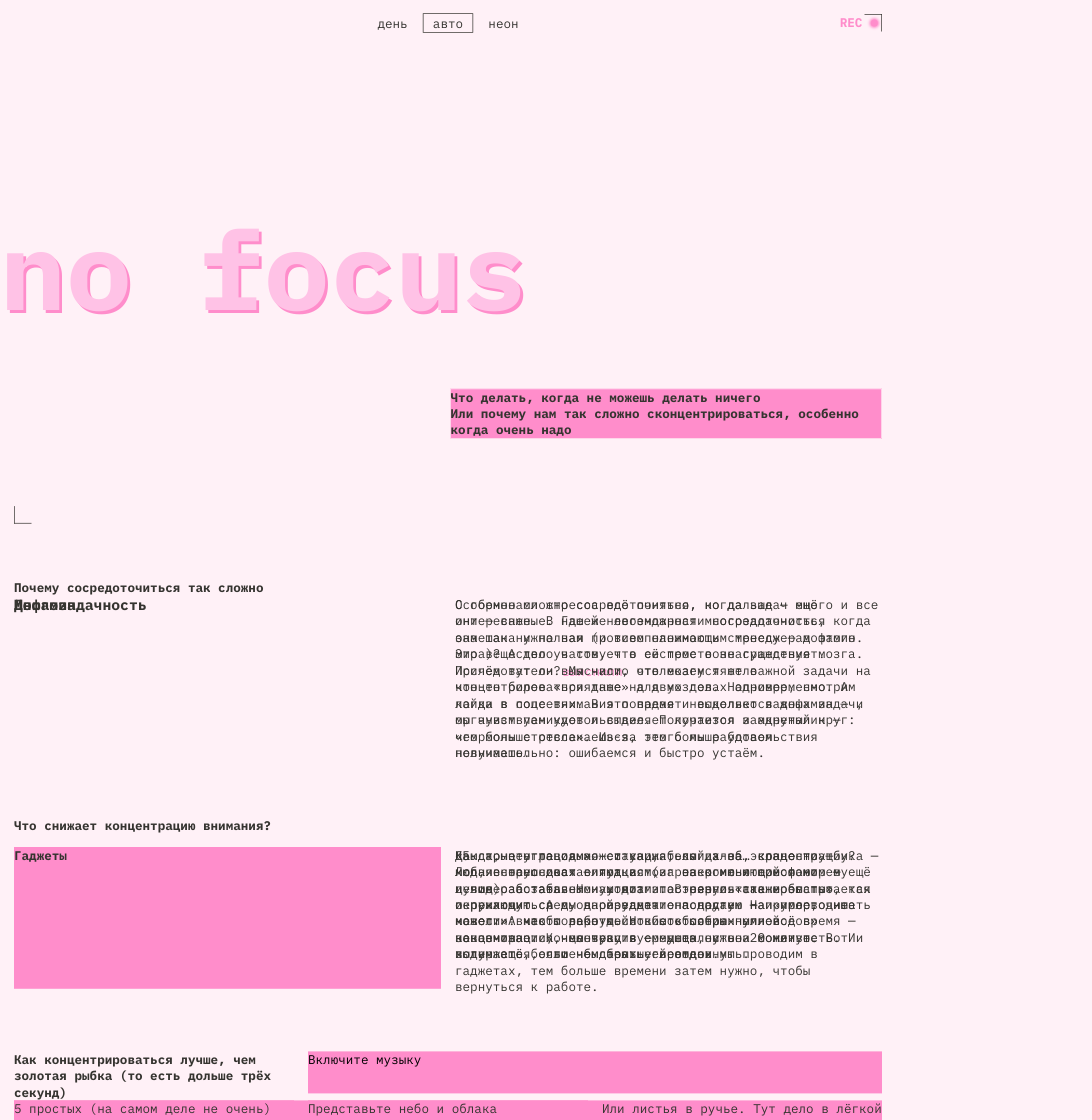
Repository: NikWolf75/slozhno-sosredotochitsya-fd
Page: index.html
These files come from the project's save history. The page is drawn as it stood at one moment and after a run of saves; the edit follows.
The browser window is 1280 px wide. The page is 1560 px wide, so the pictures cover 1560 px, including what lies to the right of the window. The pictures show the part of the page from y = 0 to 1600 px (the page is 7191 px tall), at 70% of full size.

Above is the page before, as saved 2025-02-27 23:17:45.

After the next 2 saves:
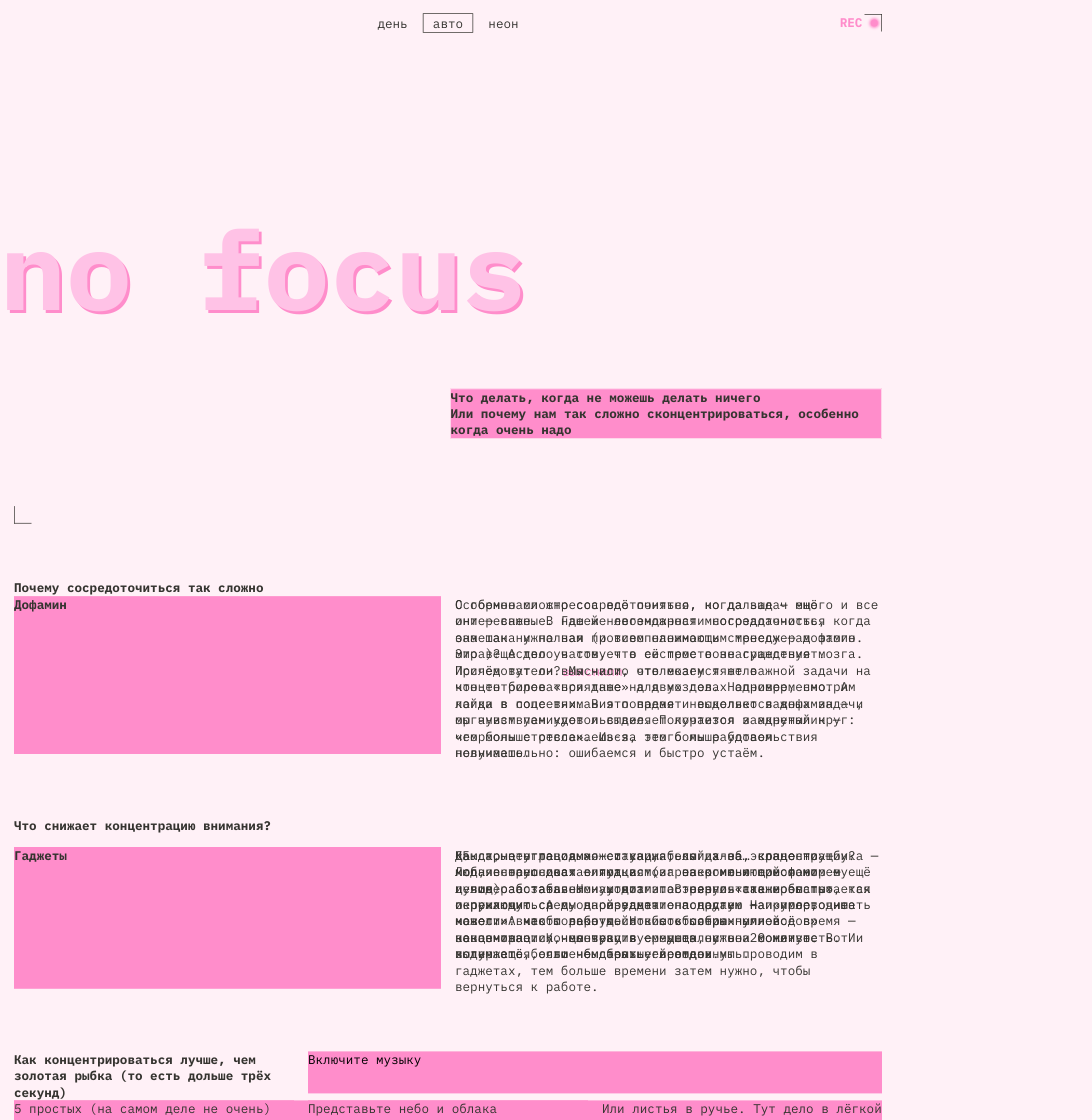
The 2 saves are shown as one change because they came seconds apart.
The last was saved 22 s later.
--- a/index.html
+++ b/index.html
@@ -58,7 +58,7 @@
       <section class="content__section">
         <h2 class="question_text">Почему сосредоточиться так сложно</h2>
         <article class="answer">
-          <h3 class=".content__answer-short">Многозадачность</h3>
+          <h3 class="content__answer-short">Многозадачность</h3>
           <p class="answer_large">
             Особенно сложно сосредоточиться, когда задач много и все они —
             важные. Где же легендарная многозадачность, когда она так нужна вам
@@ -72,7 +72,7 @@
           </p>
         </article>
         <article class="answer">
-          <h3 class=".content__answer-short">Дофамин</h3>
+          <h3 class="content__answer-short">Дофамин</h3>
           <p class="answer_large">
             С гормонами стресса всё понятно, но дальше — ещё интереснее. В нашей
             невозможности сосредоточиться замешана и полная противоположность
